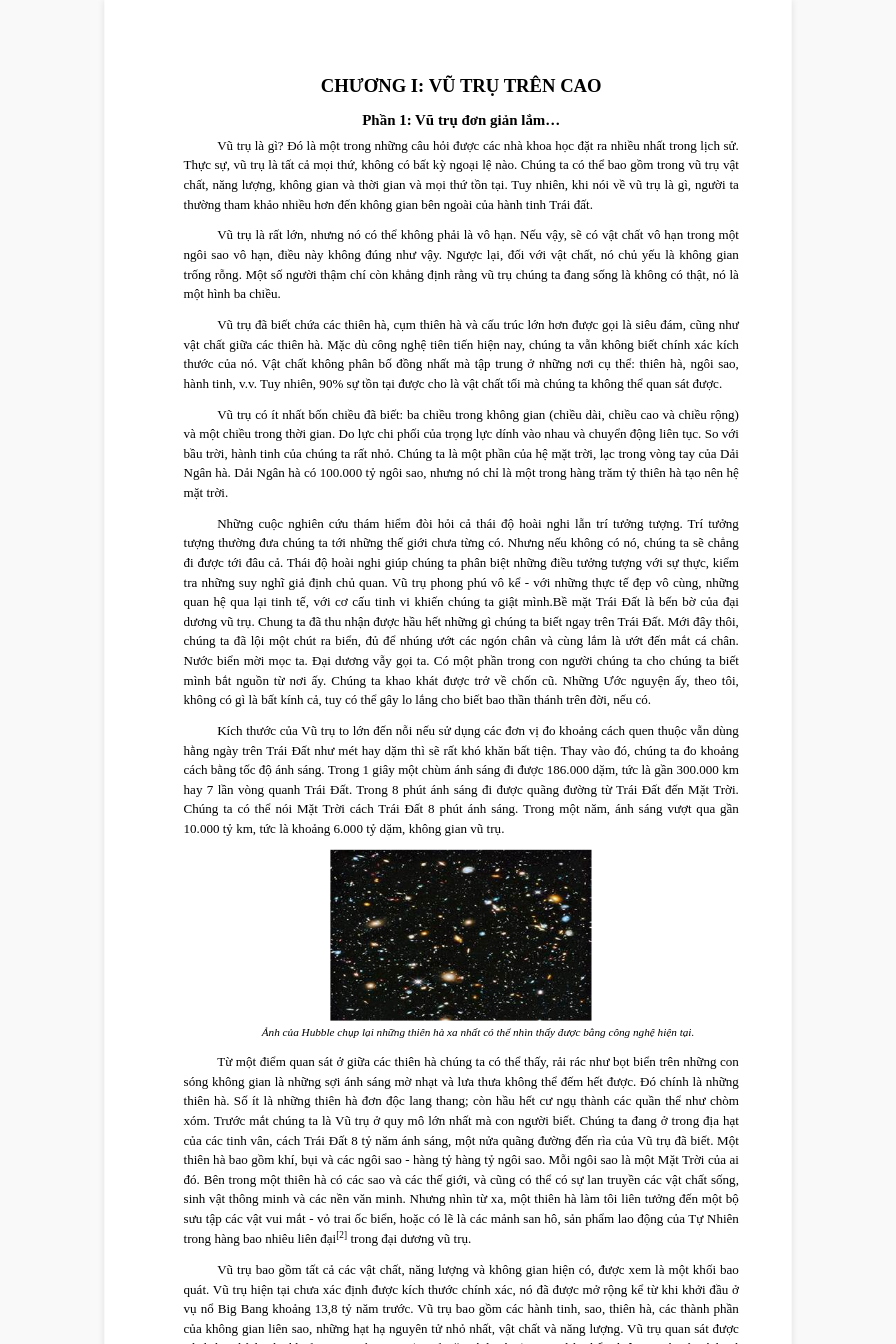
Repository: thangdangsad/epub
Page: test.html
These files come from the project's save history. The page is drawn as it stood at one moment and after the next save; the edit follows.
The browser window is 1280 px wide. The pictures show the part of the page from y = 0 to 1920 px (the page is 5253 px tall before and 2679 px after), at 70% of full size.

Above is the page before, as saved 2025-11-07 03:20:52.

After the next save:
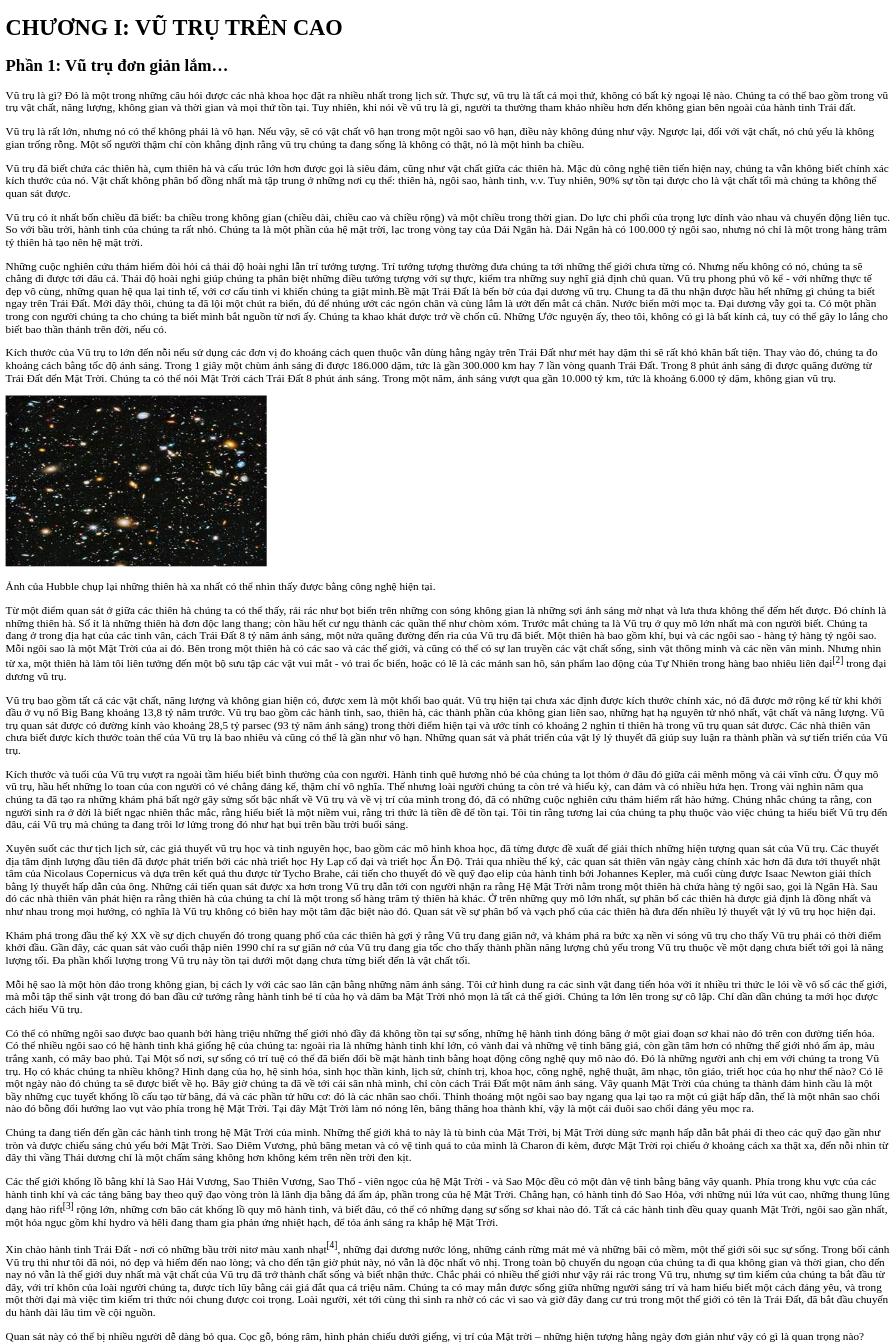
Saved 44 s later.
--- a/test.html
+++ b/test.html
@@ -4,122 +4,7 @@
     <meta charset="UTF-8">
     <meta name="viewport" content="width=device-width, initial-scale=1.0">
     <title>Chương I: Vũ Trụ Trên Cao</title>
-    <style>
-        /* Thiết lập Font (giữ nguyên nhưng ưu tiên font hiện đại hơn nếu có) */
-        @font-face { font-family: "Cambria Math"; }
-        @font-face { font-family: DengXian; }
-        @font-face { font-family: Calibri; }
-        @font-face { font-family: "Calibri Light"; }
-        @font-face { font-family: "Noto Sans Symbols"; }
-        @font-face { font-family: "DengXian Light"; }
-        @font-face { font-family: Georgia; }
-        @font-face { font-family: "Segoe UI"; }
-        @font-face { font-family: "UTM Avenida"; }
-        @font-face { font-family: "@DengXian"; }
-        @font-face { font-family: "@DengXian Light"; }
 
-        /* Global styles */
-        body {
-            font-family: "Times New Roman", serif;
-            color: black;
-            margin: 0;
-            padding: 0;
-            background-color: #f9f9f9; /* Nền nhẹ để đẹp hơn */
-            line-height: 1.6; /* Cải thiện giãn dòng */
-        }
-
-        /* Định dạng trang A4 với lề chuẩn (2cm top/right/bottom, 3cm left) */
-        @page {
-            size: A4 portrait; /* 210mm 297mm */
-            margin: 2cm 2cm 2cm 3cm;
-        }
-
-        /* Container chính để mimic A4 */
-        .document-container {
-            max-width: 595pt; /* Kích thước A4 width */
-            margin: 0 auto;
-            padding: 56.7pt 56.7pt 56.7pt 85.05pt; /* Lề tương ứng */
-            background-color: white;
-            box-shadow: 0 0 10px rgba(0,0,0,0.1); /* Thêm shadow để đẹp hơn khi xem trên web */
-        }
-
-        /* Global link styles (cải thiện hover) */
-        a:link { color: blue; text-decoration: underline; }
-        a:visited { color: purple; text-decoration: underline; }
-        a:hover { color: red; text-decoration: none; transition: color 0.3s; }
-
-        /* Định dạng đoạn văn bản (cải thiện spacing, font mượt hơn) */
-        p {
-            margin: 0 0 12pt;
-            text-align: justify;
-            text-indent: 0.5in;
-            font-size: 14pt;
-            line-height: 1.5;
-        }
-
-        /* Định dạng Tiêu đề cấp 1 (CHƯƠNG) - Làm bold hơn, spacing tốt */
-        h1 {
-            margin: 24pt 0 12pt;
-            text-align: center;
-            font-size: 20pt;
-            font-weight: bold;
-            line-height: 1.07;
-            page-break-after: avoid;
-        }
-
-        /* Định dạng Tiêu đề cấp 2 (Phần) - Tương tự, thêm spacing */
-        h2 {
-            margin: 18pt 0 8pt;
-            text-align: center;
-            font-size: 16pt;
-            font-weight: bold;
-            line-height: 1.07;
-            page-break-after: avoid;
-        }
-
-        /* Định dạng Chú thích hình ảnh - Italic, center, nhỏ hơn */
-        .image-caption {
-            margin: 4pt 0 12pt;
-            text-align: center;
-            font-size: 12pt;
-            font-style: italic;
-            line-height: 1.5;
-        }
-
-        /* Định dạng cho bảng chứa hình ảnh và chú thích (cải thiện responsive) */
-        .image-layout-table {
-            border-collapse: collapse;
-            width: 100%;
-            margin: 12pt auto;
-        }
-
-        .image-layout-table td {
-            border: none;
-            padding: 0;
-        }
-
-        .image-layout-table .image-cell {
-            text-align: center;
-            padding: 5.4pt;
-        }
-
-        .image-layout-table .caption-cell {
-            border: solid black 1pt;
-            padding: 10pt;
-            vertical-align: top;
-        }
-
-        /* Cải thiện hình ảnh: responsive */
-        img {
-            max-width: 100%;
-            height: auto;
-            display: block;
-            margin: 0 auto;
-        }
-
-        /* Footnote styles (nếu có) */
-        sup { font-size: 10pt; vertical-align: super; }
-    </style>
 </head>
 <body>
     <div class="document-container">

After the save that followed:
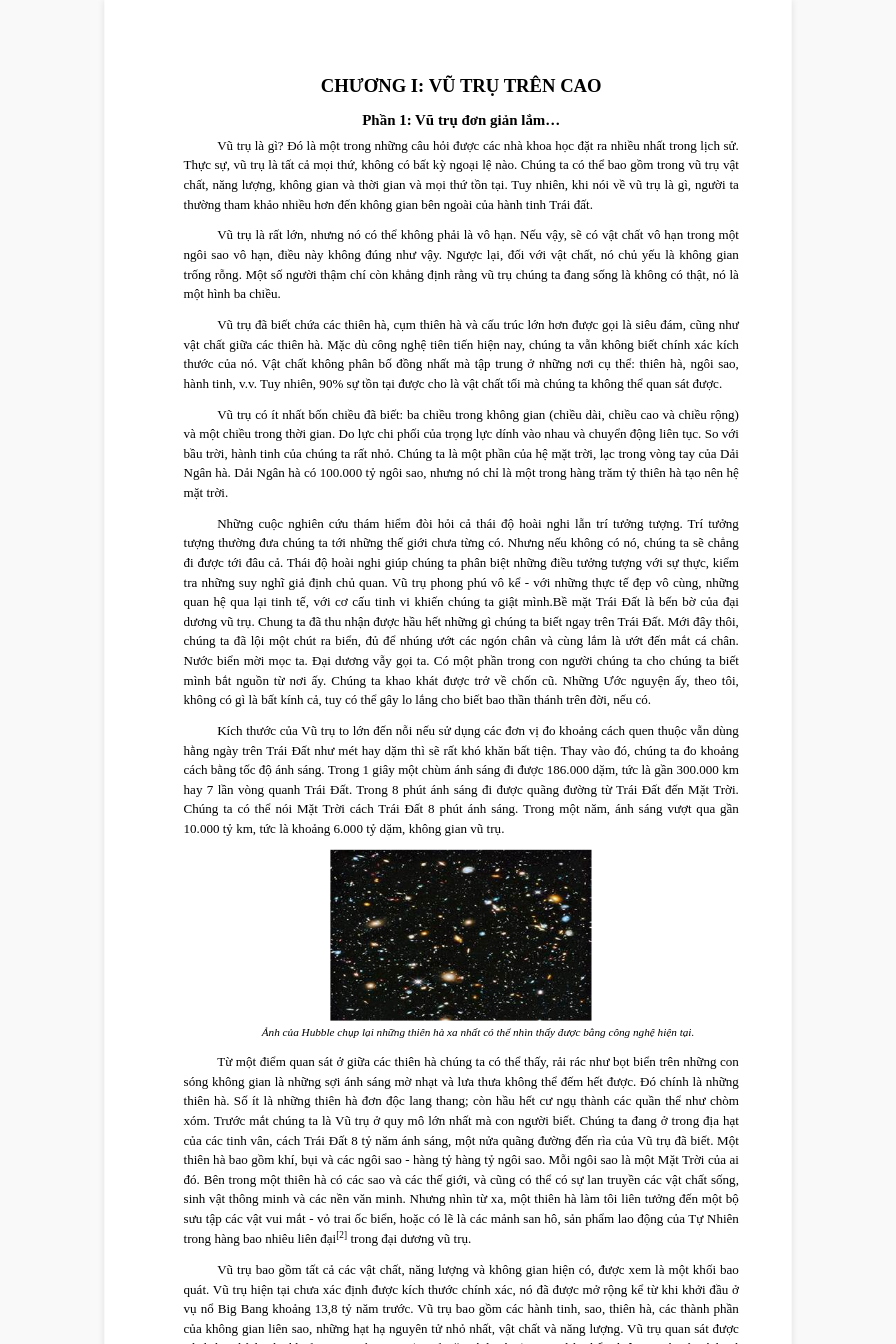
Saved 20 s later.
--- a/test.html
+++ b/test.html
@@ -4,7 +4,7 @@
     <meta charset="UTF-8">
     <meta name="viewport" content="width=device-width, initial-scale=1.0">
     <title>Chương I: Vũ Trụ Trên Cao</title>
-
+    <link rel="stylesheet" href="style.css">
 </head>
 <body>
     <div class="document-container">
